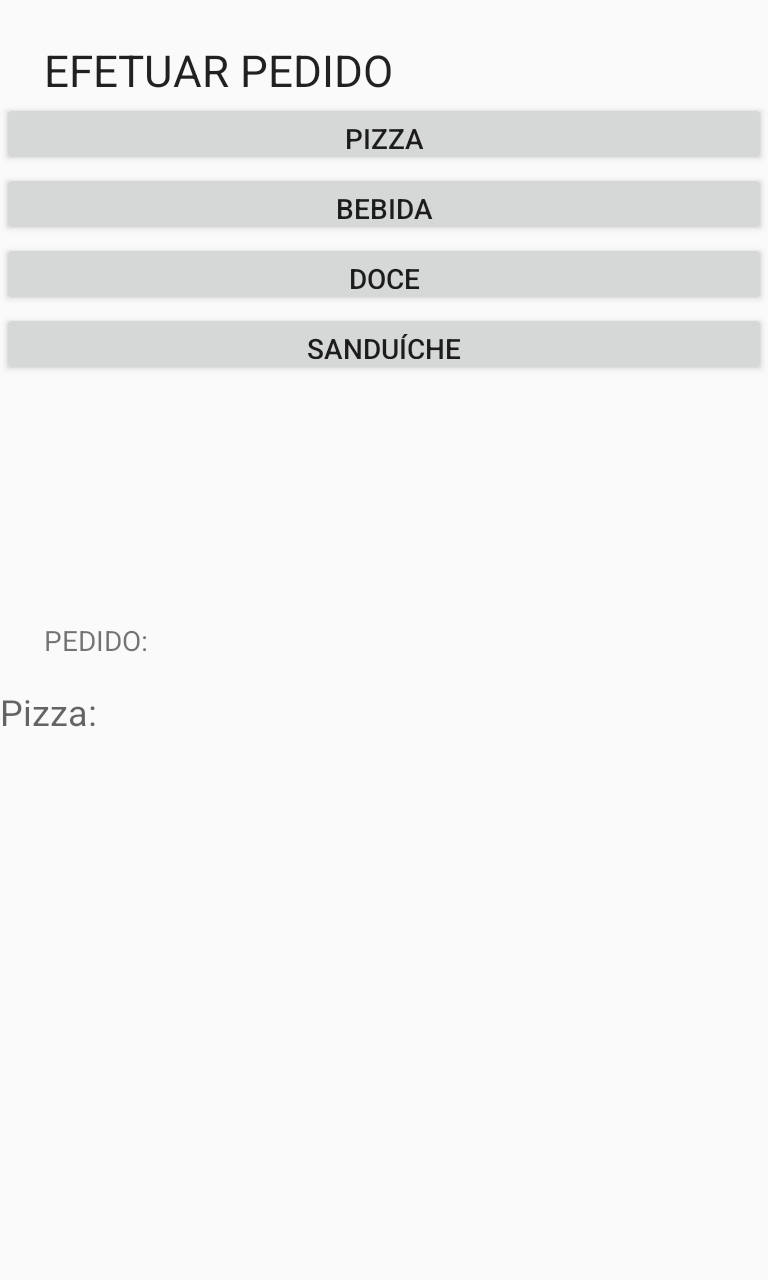
Repository: LucasSampaio/SysPizza-PSI
Layout: CodigoFonte/MOBILE/SysPizza/res/layout/activity_efetuar_pedidos.xml
An editor plug-in stored every save of this project. The layout is shown before and after the next save, followed by the edit.
It is drawn on a 768 x 1280 px phone screen (xhdpi) without system bars, with theme AppTheme; the app's code is not run.

Above is the layout before, as saved 2014-09-25 13:41:23.

### CodigoFonte/MOBILE/SysPizza/res/layout/activity_efetuar_pedidos.xml
<?xml version="1.0" encoding="utf-8"?>
<RelativeLayout xmlns:android="http://schemas.android.com/apk/res/android"
    android:layout_width="match_parent"
    android:layout_height="match_parent" >

    <TextView
        android:id="@+id/textView1"
        android:layout_width="wrap_content"
        android:layout_height="wrap_content"
        android:layout_alignParentLeft="true"
        android:layout_alignParentTop="true"
        android:layout_marginLeft="22dp"
        android:layout_marginTop="20dp"
        android:text="EFETUAR PEDIDO"
        android:textAppearance="?android:attr/textAppearanceLarge" />

    <Button
        android:id="@+id/Button01"
        android:layout_width="fill_parent"
        android:layout_height="35dp"
        android:layout_alignParentLeft="true"
        android:layout_below="@+id/button1"
        android:text="Bebida" />

    <Button
        android:id="@+id/Button02"
        android:layout_width="fill_parent"
        android:layout_height="35dp"
        android:layout_alignParentLeft="true"
        android:layout_below="@+id/Button01"
        android:text="Doce" />

    <Button
        android:id="@+id/Button03"
        android:layout_width="fill_parent"
        android:layout_height="35dp"
        android:layout_alignParentLeft="true"
        android:layout_below="@+id/Button02"
        android:text="Sanduíche" />

    <TextView
        android:id="@+id/textView2"
        android:layout_width="wrap_content"
        android:layout_height="wrap_content"
        android:layout_alignLeft="@+id/textView1"
        android:layout_centerVertical="true"
        android:text="PEDIDO:" />

    <Button
        android:id="@+id/button1"
        android:layout_width="fill_parent"
        android:layout_height="35dp"
        android:layout_alignParentLeft="true"
        android:layout_below="@+id/textView1"
        android:text="Pizza" />

    <TextView
        android:id="@+id/textView3"
        android:layout_width="wrap_content"
        android:layout_height="wrap_content"
        android:layout_alignParentLeft="true"
        android:layout_below="@+id/textView2"
        android:layout_marginTop="14dp"
        android:text="Pizza:"
        android:textAppearance="?android:attr/textAppearanceMedium" />

</RelativeLayout>

Loaded but not shown: CodigoFonte/MOBILE/SysPizza/res/values/styles.xml (common file); CodigoFonte/MOBILE/SysPizza/res/values-v11/styles.xml (common file); CodigoFonte/MOBILE/SysPizza/res/values-v14/styles.xml (common file)

After the next save:
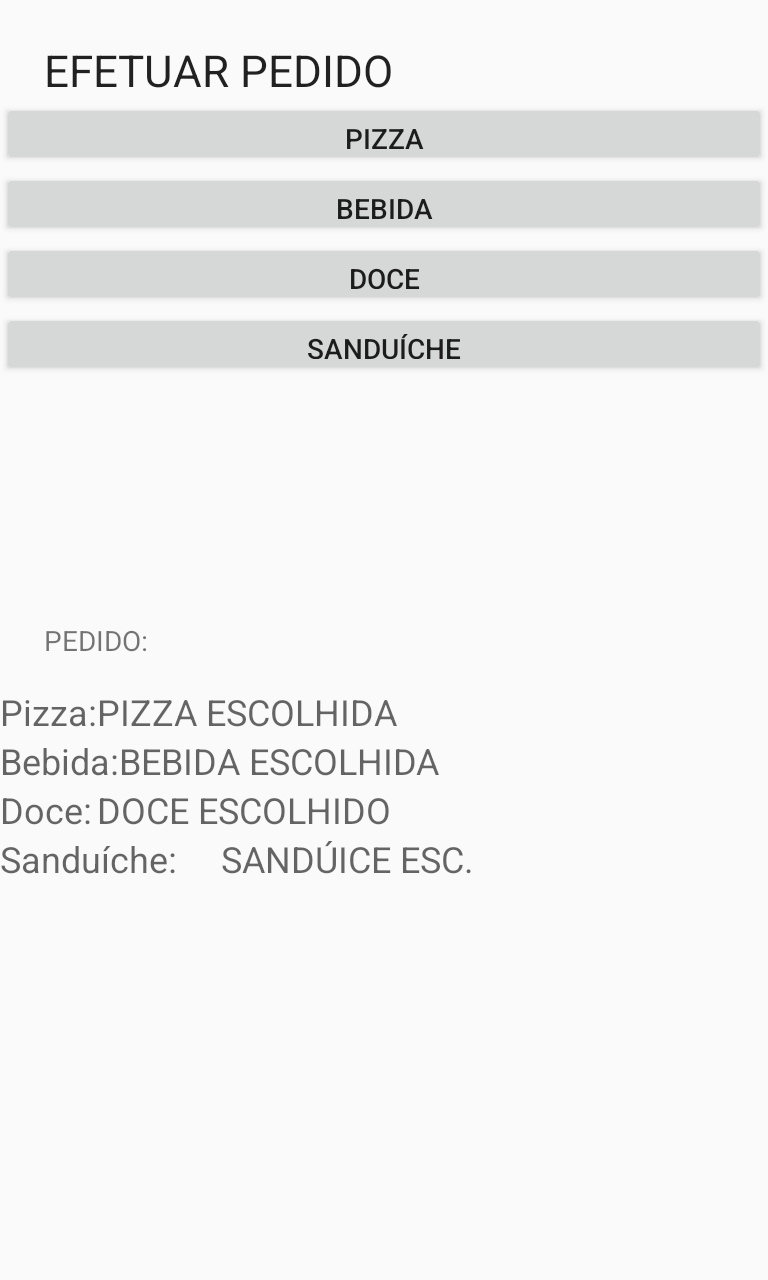
Saved 2 min 41 s later.
--- a/CodigoFonte/MOBILE/SysPizza/res/layout/activity_efetuar_pedidos.xml
+++ b/CodigoFonte/MOBILE/SysPizza/res/layout/activity_efetuar_pedidos.xml
@@ -64,4 +64,70 @@
         android:text="Pizza:"
         android:textAppearance="?android:attr/textAppearanceMedium" />
 
+    <TextView
+        android:id="@+id/TextView01"
+        android:layout_width="wrap_content"
+        android:layout_height="wrap_content"
+        android:layout_alignParentLeft="true"
+        android:layout_below="@+id/textView3"
+        android:text="Bebida:"
+        android:textAppearance="?android:attr/textAppearanceMedium" />
+
+    <TextView
+        android:id="@+id/textView4"
+        android:layout_width="wrap_content"
+        android:layout_height="wrap_content"
+        android:layout_alignParentLeft="true"
+        android:layout_below="@+id/TextView01"
+        android:text="Doce:"
+        android:textAppearance="?android:attr/textAppearanceMedium" />
+
+    <TextView
+        android:id="@+id/textView5"
+        android:layout_width="wrap_content"
+        android:layout_height="wrap_content"
+        android:layout_alignParentLeft="true"
+        android:layout_below="@+id/textView4"
+        android:text="Sanduíche:"
+        android:textAppearance="?android:attr/textAppearanceMedium" />
+
+    <TextView
+        android:id="@+id/textView6"
+        android:layout_width="wrap_content"
+        android:layout_height="wrap_content"
+        android:layout_above="@+id/TextView01"
+        android:layout_toRightOf="@+id/textView3"
+        android:text="PIZZA ESCOLHIDA"
+        android:textAppearance="?android:attr/textAppearanceMedium" />
+
+    <TextView
+        android:id="@+id/textView7"
+        android:layout_width="wrap_content"
+        android:layout_height="wrap_content"
+        android:layout_alignBaseline="@+id/TextView01"
+        android:layout_alignBottom="@+id/TextView01"
+        android:layout_toRightOf="@+id/TextView01"
+        android:text="BEBIDA ESCOLHIDA"
+        android:textAppearance="?android:attr/textAppearanceMedium" />
+
+    <TextView
+        android:id="@+id/textView8"
+        android:layout_width="wrap_content"
+        android:layout_height="wrap_content"
+        android:layout_above="@+id/textView5"
+        android:layout_toRightOf="@+id/textView3"
+        android:text="DOCE ESCOLHIDO"
+        android:textAppearance="?android:attr/textAppearanceMedium" />
+
+    <TextView
+        android:id="@+id/textView9"
+        android:layout_width="wrap_content"
+        android:layout_height="wrap_content"
+        android:layout_alignBaseline="@+id/textView5"
+        android:layout_alignBottom="@+id/textView5"
+        android:layout_marginLeft="22dp"
+        android:layout_toRightOf="@+id/textView5"
+        android:text="SANDÚICE ESC."
+        android:textAppearance="?android:attr/textAppearanceMedium" />
+
 </RelativeLayout>
